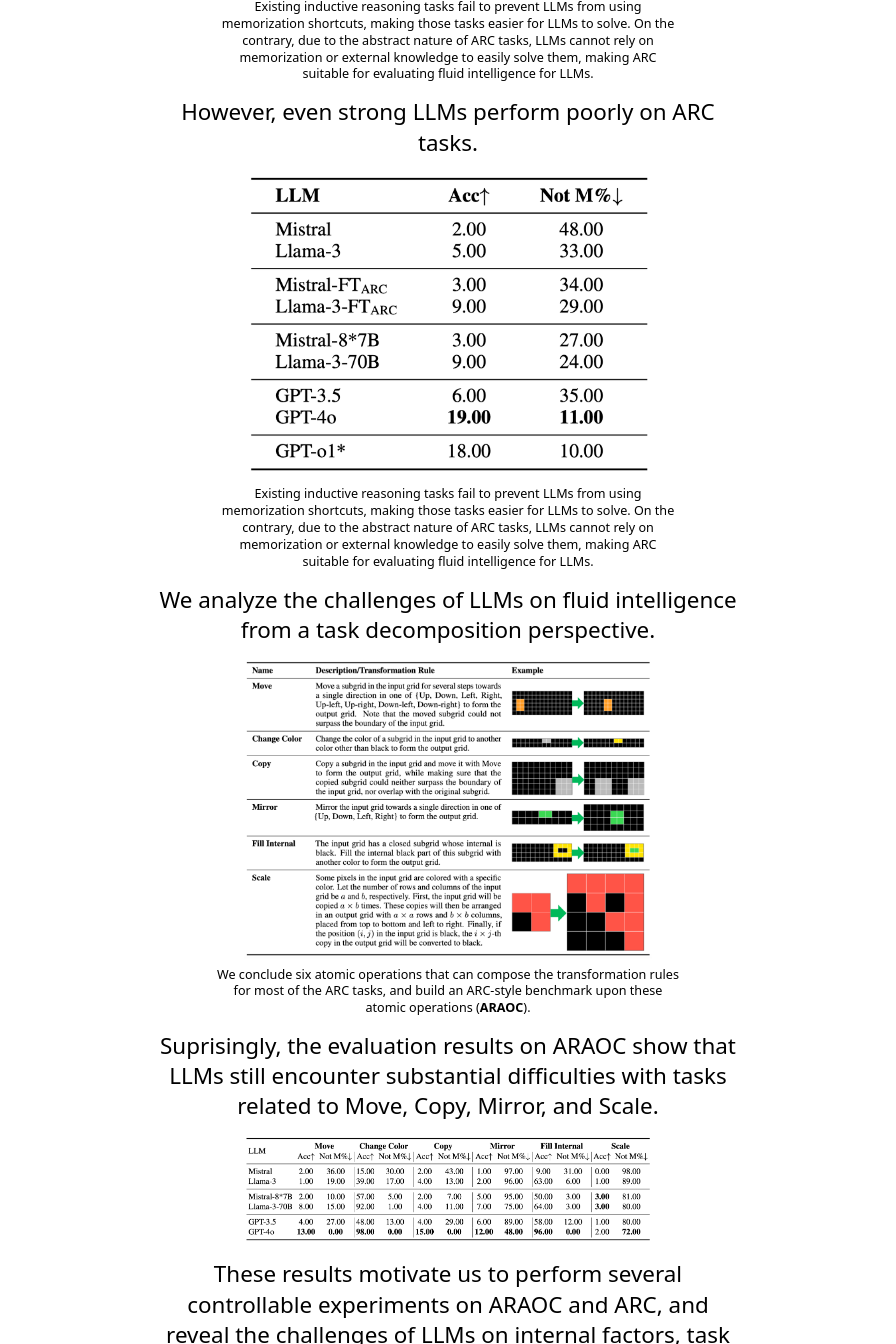
Repository: wujunjie1998/araoc-benchmark.github.io
Page: index.html
The author's editor kept a copy of each file at every save. The page is drawn from the files as they stood at one save, then again after the next save.
The browser window is 1280 px wide. The pictures show the part of the page from y = 1140 to 3060 px (the page is 3203 px tall before and 3016 px after), at 70% of full size.

Above is the page before, as saved 2025-02-07 22:40:56.

### index.html
<html>
  <head>
    <title>
      Understanding LLMs’ Fluid Intelligence Deficiency: An Analysis of the ARC Task
    </title>
    <link
      rel="icon"
      href="data:[embedded picture, 137 characters]"
    />
    <meta charset="UTF-8" />
    <meta name="viewport" content="width=device-width, initial-scale=1" />
    <link rel="stylesheet" href="./css/index.css" />
  </head>

  <body>
    <div class="header">
      <div class="paper-title">
        Understanding LLMs’ Fluid Intelligence Deficiency:
        <br />
        An Analysis of the ARC Task
      </div>
      <div>
        <!-- * Paper -->
        <span class="link-block">
          <a target="_blank" href="./paper.pdf"
            ><img
              class="badge"
              src="https://img.shields.io/badge/Paper-PDF-red?&labelColor=lightgray&logo=arxiv&logoColor=brown" /><img
          /></a>
        </span>
        <!-- * Dataset -->
        <!--
        <span class="link-block">
          <a
            target="_blank"
            href="https://huggingface.co/datasets/ShunchiZhang/PhysiCo/"
            ><img
              class="badge"
              src="https://img.shields.io/badge/HuggingFace-Dataset-yellow?labelColor=lightgray&logo=huggingface" /><img
          /></a>
        </span>
        -->

        <!-- * Code -->
         <!--
        <span class="link-block">
          <a target="_blank" href="https://github.com/physico-benchmark/physico"
            ><img
              class="badge"
              src="https://img.shields.io/badge/GitHub-Code-gray?labelColor=lightgray&logo=github&logoColor=gray" /><img /></a
        ></span>
        -->
        <!-- * Leaderboard -->
        <!--
        <span class="link-block">
          <a href="./leaderboard.html"
            ><img
              class="badge"
              src="https://img.shields.io/badge/Leaderboard-Visit-blue?labelColor=lightgray&logo=stackblitz&logoColor=367BAF" /><img /></a
        ></span>
        -->
        <!-- * X Threads -->
        <!--
        <span class="link-block">
          <a href="https://x.com/jieeijjie/status/1876713099752861782"
            ><img
              class="badge"
              src="https://img.shields.io/badge/Threads-black?labelColor=lightgray&logo=x&logoColor=gray" /><img /></a
        ></span>
        -->

      </div>
      <div>
        <div class="author-list">
          <span class="author-block"
            ><a href="https://wujunjie1998.github.io/">Junjie Wu</a
            ><sup>1</sup></span
          >
          <span class="author-block"
            ><a href="https://sites.google.com/site/moyunlp/">Mo Yu</a
            ><sup>2</sup></span
          >
          <span class="author-block"
            ><a href="https://lemaoliu.github.io">Lemao Liu</a
            ><sup>2</sup></span
          >
          <span class="author-block"
            ><a href="https://sites.google.com/view/dyyeung">Dit-Yan Yeung</a
            ><sup>1</sup></span
          >
          <span class="author-block"
            ><a href="https://openreview.net/profile?id=~Jie_Zhou8">Jie Zhou</a
            ><sup>2</sup></span
          >
        </div>
        <div class="inst-list">
          <span class="institution-block"><sup>1</sup> Hong Kong University of Science and Technology</span>
          <span class="institution-block"><sup>2</sup> WeChat AI</span>
        </div>
      </div>
    </div>
    <!--
    <div class="teaser">
      <center>
        <img src="./img/teaser.png" />
        <figcaption>
          Illustration of a "Stochastic Parrot 🦜" by our
          <span class="dataset-name">PhysiCo</span> task consisting of both
          <b style="color: #a47b48">low-level</b> and
          <b style="color: #153cf9">high-level</b> subtasks in parallel. For a
          concept <i>Gravity</i>, an LLM can generate its accurate description
          in natural language, but cannot interpret its grid-format
          illustration.
        </figcaption>
      </center>
    </div>
  -->
    <hr />

    <!-- ^ Summary of Our Research -->
    <center><h1>Summary of Our Research</h1></center>
    <div class="content">
      <!-- <p style="font-size: large; text-align: center">
        <b>TL;DR:</b>
      </p> -->
      <p>
        While LLMs have exhibited strong performance on various NLP tasks, it is noteworthy that most of these tasks rely on utilizing the vast amount of knowledge encoded in LLMs’ parameters, rather than solving new problems without prior knowledge. In cognitive research, the latter ability is referred to as <strong>fluid intelligence</strong>, which is considered to be critical for assessing human intelligence. Recent research on fluid intelligence assessments has highlighted significant deficiencies in LLMs’ abilities. In this paper, we analyze the challenges LLMs face in demonstrating fluid intelligence through controlled experiments, using the most representative ARC task as an example. Our study revealed three major limitations in existing LLMs:
      </p>
      <ol>
        <li>limited ability for skill composition;</li>
        <li>
          unfamiliarity with abstract input formats;
        </li>
        <li>
          the intrinsic deficiency of left-to-right decoding.
        </li>
      </ol>
    </div>


    <!-- ^ Our Studies and Findings -->
    <center><h1>The Abstraction and Reasoning Challenge (ARC) is suitable for evaluating fluid intelligence for LLMs.</h1></center>
    <div class="content">
      <!-- <p>Foo Bar</p> -->
      <center>
        <img src="./img/fluid1.png" width="70%" />
        <figcaption style="text-align: center">
          Existing inductive reasoning tasks fail to prevent LLMs from using memorization shortcuts, making those tasks easier for LLMs to solve. On the contrary, due to the abstract nature of ARC tasks, LLMs cannot rely on memorization or external knowledge to easily solve them, making ARC suitable for evaluating fluid intelligence for LLMs.
        </figcaption>
      </center>
    </div>


    <!-- ^ Our Studies and Findings -->
    <center><h1>However, even strong LLMs perform poorly on ARC tasks.</h1></center>
    <div class="content">
      <!-- <p>Foo Bar</p> -->
      <center>
        <img src="./img/fluid2.png" width="70%" />
        <figcaption style="text-align: center">
          Existing inductive reasoning tasks fail to prevent LLMs from using memorization shortcuts, making those tasks easier for LLMs to solve. On the contrary, due to the abstract nature of ARC tasks, LLMs cannot rely on memorization or external knowledge to easily solve them, making ARC suitable for evaluating fluid intelligence for LLMs.
        </figcaption>
      </center>
    </div>

    <!-- ^ Our Studies and Findings -->
    <center><h1>We analyze the challenges of LLMs on fluid intelligence from a task decomposition perspective. </h1></center>
    <div class="content">
      <!-- <p>Foo Bar</p> -->
      <center>
        <img src="./img/fluid3.png" width="70%" />
        <figcaption style="text-align: center">
          We conclude six atomic operations that can compose the transformation rules for most of the ARC tasks, and build an ARC-style benchmark upon these atomic operations (<strong>ARAOC</strong>).
        </figcaption>
      </center>
    </div>

    <!-- ^ Our Studies and Findings -->
    <center><h1>Suprisingly, the evaluation results on ARAOC show that LLMs still encounter substantial difficulties with tasks related to Move, Copy, Mirror, and Scale.</h1></center>
    <div class="content">
      <!-- <p>Foo Bar</p> -->
      <center>
        <img src="./img/fluid4.png" width="70%" />
        <!--
        <figcaption style="text-align: center">

        </figcaption>
      </center>
    -->
    </div>

    <center><h1>These results motivate us to perform several controllable experiments on ARAOC and ARC, and reveal the challenges of LLMs on internal factors, task composition, input format as well as modeling with left-to-right Transformer.</h1></center>
    <div class="content">

  </body>
</html>

### css/index.css
@import url("https://fonts.googleapis.com/css2?family=Noto+Sans:ital,wght@0,100..900;1,100..900&display=swap");

body {
  font-family: "Noto Sans", sans-serif;
  font-optical-sizing: auto;
  font-style: normal;
  font-variation-settings: "wdth" 100;
  font-weight: 400;
  font-size: 18px;
  margin: 50px auto;
  width: 65%;
}

div.header,
div.teaser,
div.content {
  margin-left: auto;
  margin-right: auto;
}

div.narrower {
  width: 80% !important;
}

div.header div {
  margin: 6px;
  text-align: center;
}

div.teaser img {
  max-width: 60%;
}

.paper-title {
  font-size: 36px;
}

.author-block {
  font-size: 20px;
  margin: 0px 12px;
}

.institution-block {
  font-size: 16px;
  margin: 0px 10px;
}

.note-block {
  color: gray;
  font-size: 16px;
}

.link-block {
  font-size: 24px;
  font-weight: bold;
  margin: 0px 5px;
}

.badge {
  width: auto;
  height: 2vw;
}

.dataset-name {
  font-weight: bold;
  color: #81a526;
}

h1 {
  font-size: 32px;
  font-weight: 300;
}

.disclaimerbox {
  background-color: #eee;
  border: 1px solid #eeeeee;
  border-radius: 10px;
  -moz-border-radius: 10px;
  -webkit-border-radius: 10px;
  padding: 20px;
}

video.header-vid {
  height: 140px;
  border: 1px solid black;
  border-radius: 10px;
  -moz-border-radius: 10px;
  -webkit-border-radius: 10px;
}

figcaption {
  margin: 10px 0px;
  width: 80%;
  text-align: left;
}

img.header-img {
  height: 140px;
  border: 1px solid black;
  border-radius: 10px;
  -moz-border-radius: 10px;
  -webkit-border-radius: 10px;
}

img.rounded {
  border: 1px solid #eeeeee;
  border-radius: 10px;
  -moz-border-radius: 10px;
  -webkit-border-radius: 10px;
}

a:link,
a:visited {
  color: #1367a7;
  text-decoration: none;
}
a:hover {
  color: #208799;
}

td.dl-link {
  height: 160px;
  text-align: center;
  font-size: 22px;
}

.vert-cent {
  position: relative;
  top: 50%;
  transform: translateY(-50%);
}

hr {
  border: 0;
  height: 1px;
  background-image: linear-gradient(
    to right,
    rgba(0, 0, 0, 0),
    rgba(0, 0, 0, 0.75),
    rgba(0, 0, 0, 0)
  );
}

.citation {
  text-align: left;
  font-family: monospace;
  font-size: 8pt;
  text-wrap: auto;
}

@media screen and (max-width: 1120px) {
  body {
    font-size: 16px;
    width: 90%;
  }
  div.teaser img {
    max-width: 100%;
  }
  .paper-title {
    font-size: 26px;
  }
  .author-block,
  .institution-block,
  .note-block {
    font-size: 14px;
  }
  .link-block {
    font-size: 20px;
  }
  .badge {
    width: auto;
    height: 28px;
    margin-top: 3px;
    margin-bottom: 3px;
  }
  h1 {
    font-size: 26px;
  }
}

After the next save:
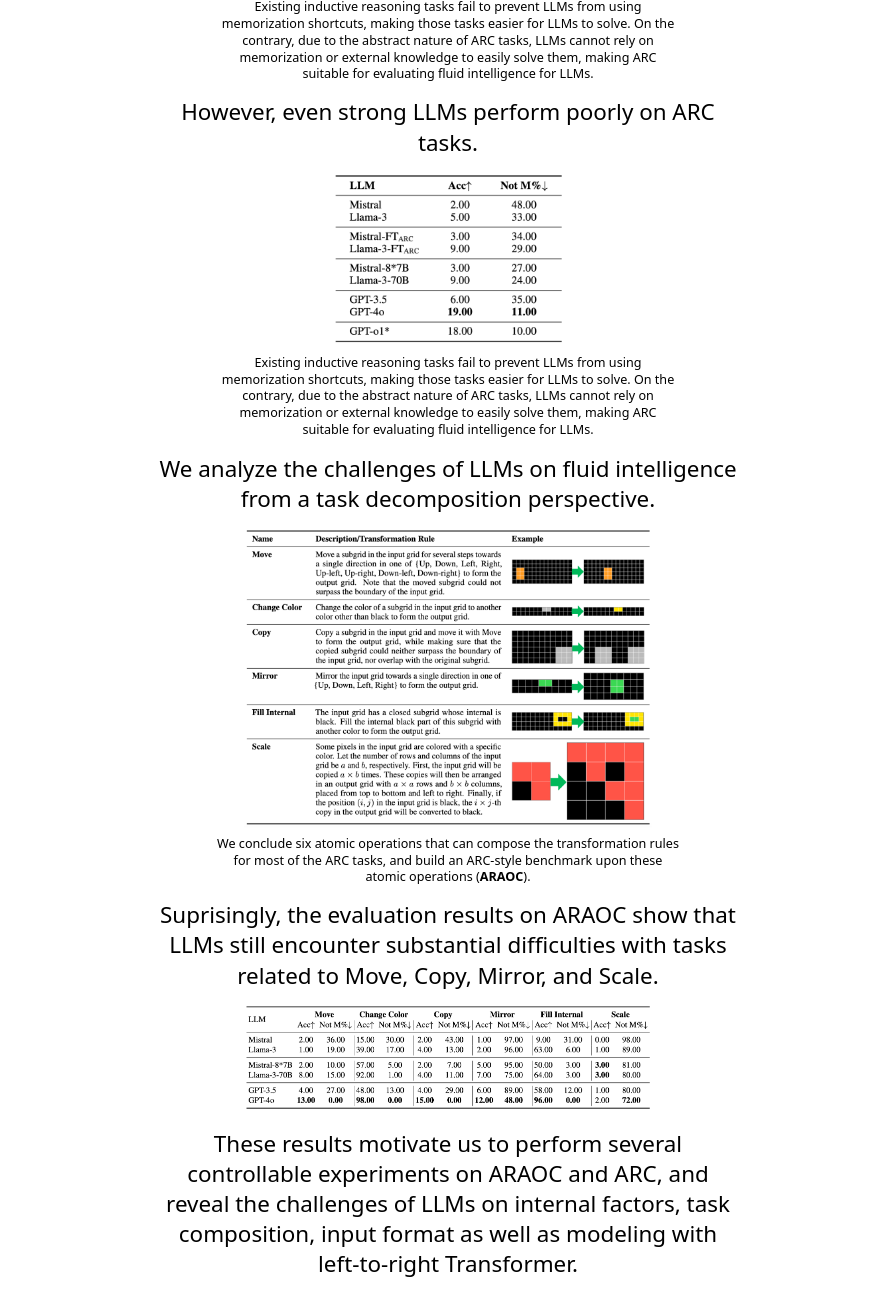
Saved 15 s later.
--- a/index.html
+++ b/index.html
@@ -156,7 +156,7 @@
     <div class="content">
       <!-- <p>Foo Bar</p> -->
       <center>
-        <img src="./img/fluid2.png" width="70%" />
+        <img src="./img/fluid2.png" width="40%" />
         <figcaption style="text-align: center">
           Existing inductive reasoning tasks fail to prevent LLMs from using memorization shortcuts, making those tasks easier for LLMs to solve. On the contrary, due to the abstract nature of ARC tasks, LLMs cannot rely on memorization or external knowledge to easily solve them, making ARC suitable for evaluating fluid intelligence for LLMs.
         </figcaption>
